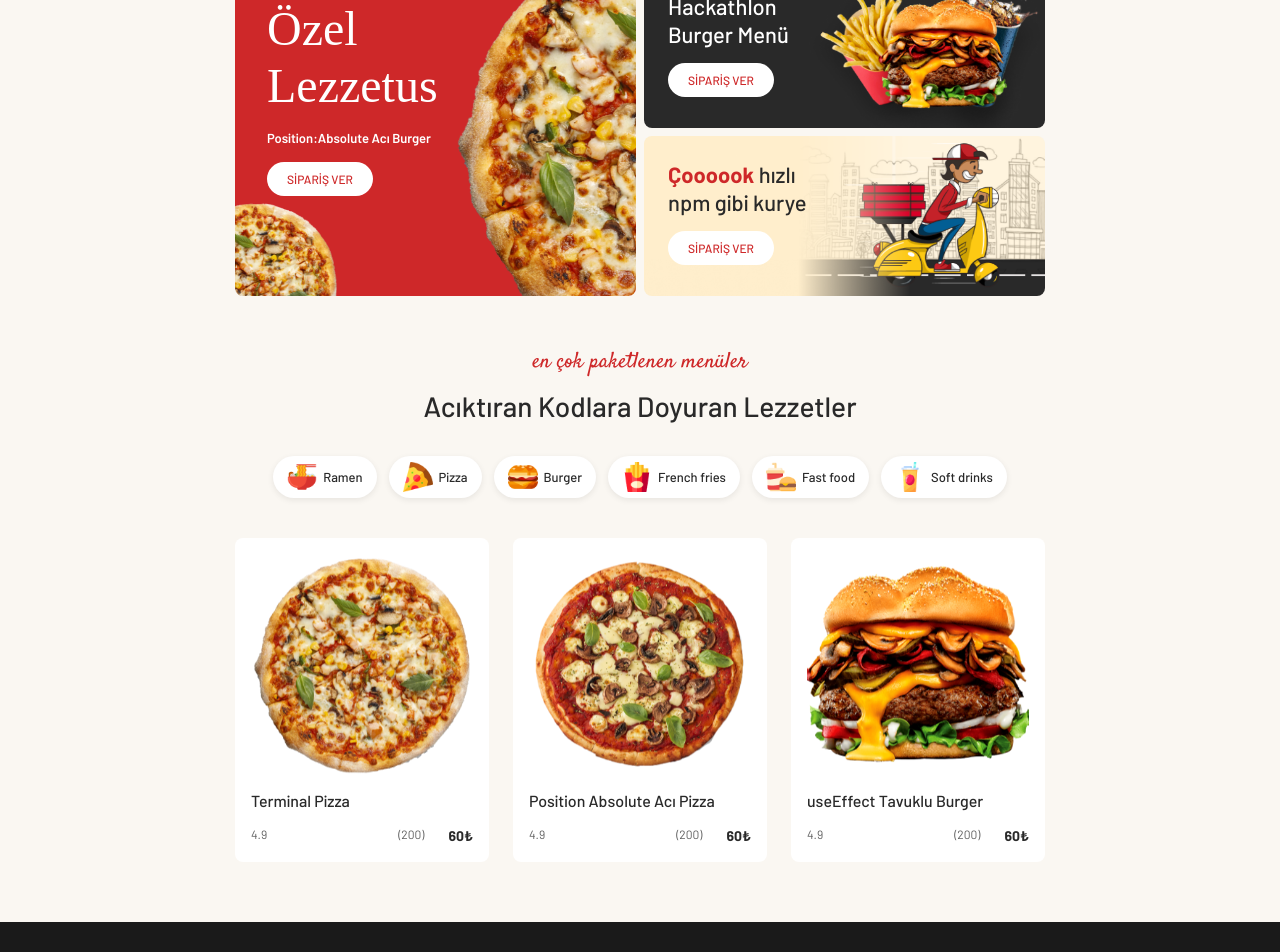
Repository: GozdeAybey/Pizza-HTML-CSS
Page: index.html
These files come from the project's save history. The page is drawn as it stood at one moment and after the next save; the edit follows.
The browser window is 1280 px wide. The pictures show the part of the page from y = 873 to 1825 px (the page is 2185 px tall).
A picture or video elsewhere on the page could not be fetched, so the positions and the page height are approximate. Some web fonts or font styles are not loaded; a fallback is used.

Above is the page before, as saved 2026-10-29 17:16:19.

### index.html
<!DOCTYPE html>
<html lang="tr">

  <head>
    <meta charset="UTF-8" />
    <link rel="icon" type="image/svg+xml" href="./workintech.svg" />
    <link rel="stylesheet" href="./style.css">
    <meta name="viewport" content="width=device-width, initial-scale=1.0" />
    <link rel="preconnect" href="https://fonts.googleapis.com">
    <link rel="preconnect" href="https://fonts.gstatic.com" crossorigin>
    <link href="https://fonts.googleapis.com/css2?family=Barlow:wght@400;500;600;700&family=Quattrocento:wght@400;700&family=Roboto+Condensed:wght@300;400;700&family=Satisfy&display=swap" rel="stylesheet">
    <title>Teknolojik Yemekler</title>
  </head>

  <body>
    <header class="kapak">
      <img src="/assets/iteration-1/logo.svg" alt="Teknolojik Yemekler">
      <p>fırsatı kaçırma</p>
      <h1>KOD ACIKTIRIR PİZZA, DOYURUR</h1>
      <a class="buton" href="#menu">ACIKTIM</a>
    </header>

    <nav class="kategoriler" aria-label="Kategoriler">
      <ul>
        <li><a href="#"><img src="/assets/iteration-2/icons/1.svg" alt="">YENİ! Kore</a></li>
        <li><a href="#"><img src="/assets/iteration-2/icons/2.svg" alt="">Pizza</a></li>
        <li><a href="#"><img src="/assets/iteration-2/icons/3.svg" alt="">Burger</a></li>
        <li><a href="#"><img src="/assets/iteration-2/icons/4.svg" alt="">Kızartmalar</a></li>
        <li><a href="#"><img src="/assets/iteration-2/icons/5.svg" alt="">Fast food</a></li>
        <li><a href="#"><img src="/assets/iteration-2/icons/6.svg" alt="">Gazlı İçecek</a></li>
      </ul>
    </nav>

    <main>
      <section class="kampanyalar">
        <article class="kampanya pizza">
          <h2>Özel Lezzetus</h2>
          <p>Position:Absolute Acı Burger</p>
          <a class="buton" href="#menu">SİPARİŞ VER</a>
        </article>

        <article class="kampanya burger">
          <h2>Hackathlon Burger Menü</h2>
          <a class="buton" href="#menu">SİPARİŞ VER</a>
        </article>

        <article class="kampanya kurye">
          <h2><span>Çoooook</span> hızlı npm gibi kurye</h2>
          <a class="buton" href="#menu">SİPARİŞ VER</a>
        </article>
      </section>

      <section class="menu" id="menu">
        <p>en çok paketlenen menüler</p>
        <h2>Acıktıran Kodlara Doyuran Lezzetler</h2>

        <ul class="filtreler">
          <li><button type="button"><img src="/assets/iteration-2/icons/1.svg" alt="">Ramen</button></li>
          <li><button type="button" class="secili"><img src="/assets/iteration-2/icons/2.svg" alt="">Pizza</button></li>
          <li><button type="button"><img src="/assets/iteration-2/icons/3.svg" alt="">Burger</button></li>
          <li><button type="button"><img src="/assets/iteration-2/icons/4.svg" alt="">French fries</button></li>
          <li><button type="button"><img src="/assets/iteration-2/icons/5.svg" alt="">Fast food</button></li>
          <li><button type="button"><img src="/assets/iteration-2/icons/6.svg" alt="">Soft drinks</button></li>
        </ul>

        <ul class="urunler">
          <li class="urun">
            <img src="/assets/iteration-2/pictures/food-1.png" alt="Terminal Pizza">
            <h3>Terminal Pizza</h3>
            <div class="bilgi">
              <span>4.9</span>
              <span>(200)</span>
              <span class="fiyat">60₺</span>
            </div>
          </li>
          <li class="urun">
            <img src="/assets/iteration-2/pictures/food-2.png" alt="Position Absolute Acı Pizza">
            <h3>Position Absolute Acı Pizza</h3>
            <div class="bilgi">
              <span>4.9</span>
              <span>(200)</span>
              <span class="fiyat">60₺</span>
            </div>
          </li>
          <li class="urun">
            <img src="/assets/iteration-2/pictures/food-3.png" alt="useEffect Tavuklu Burger">
            <h3>useEffect Tavuklu Burger</h3>
            <div class="bilgi">
              <span>4.9</span>
              <span>(200)</span>
              <span class="fiyat">60₺</span>
            </div>
          </li>
        </ul>
      </section>
    </main>

    <footer class="altbilgi">
      <div class="altbilgi-ust">
        <section class="iletisim">
          <img src="/assets/iteration-2/footer/logo-footer.svg" alt="Teknolojik Yemekler">
          <address>
            <p><img src="/assets/iteration-2/footer/icons/icon-1.png" alt="">341 Londonderry Road, İstanbul Türkiye</p>
            <p><img src="/assets/iteration-2/footer/icons/icon-2.png" alt="">aciktim@teknolojikyemekler.com</p>
            <p><img src="/assets/iteration-2/footer/icons/icon-3.png" alt="">+90 216 123 45 67</p>
          </address>
        </section>

        <nav class="sicak-menu" aria-label="Hot Menu">
          <h3>Hot Menu</h3>
          <ul>
            <li><a href="#">Terminal Pizza</a></li>
            <li><a href="#">5 Kişilik Hackathlon Pizza</a></li>
            <li><a href="#">useEffect Tavuklu Pizza</a></li>
            <li><a href="#">Beyaz Console Frosty</a></li>
            <li><a href="#">Testler Geçti Mutlu Burger</a></li>
            <li><a href="#">Position Absolute Acı Burger</a></li>
          </ul>
        </nav>

        <section class="instagram">
          <h3>Instagram</h3>
          <ul>
            <li><img src="/assets/iteration-2/footer/insta/li-0.png" alt="Instagram gönderisi 1"></li>
            <li><img src="/assets/iteration-2/footer/insta/li-1.png" alt="Instagram gönderisi 2"></li>
            <li><img src="/assets/iteration-2/footer/insta/li-2.png" alt="Instagram gönderisi 3"></li>
            <li><img src="/assets/iteration-2/footer/insta/li-3.png" alt="Instagram gönderisi 4"></li>
            <li><img src="/assets/iteration-2/footer/insta/li-4.png" alt="Instagram gönderisi 5"></li>
            <li><img src="/assets/iteration-2/footer/insta/li-5.png" alt="Instagram gönderisi 6"></li>
          </ul>
        </section>
      </div>

      <div class="altbilgi-alt">
        <p>© 2023 Teknolojik Yemekler.</p>
        <a href="#" aria-label="Twitter">
          <svg viewBox="0 0 24 24" fill="currentColor" aria-hidden="true">
            <path d="M23.953 4.57a10 10 0 01-2.825.775 4.958 4.958 0 002.163-2.723c-.951.555-2.005.959-3.127 1.184a4.92 4.92 0 00-8.384 4.482C7.69 8.095 4.067 6.13 1.64 3.162a4.822 4.822 0 00-.666 2.475c0 1.71.87 3.213 2.188 4.096a4.904 4.904 0 01-2.228-.616v.06a4.923 4.923 0 003.946 4.827 4.996 4.996 0 01-2.212.085 4.936 4.936 0 004.604 3.417 9.867 9.867 0 01-6.102 2.105c-.39 0-.779-.023-1.17-.067a13.995 13.995 0 007.557 2.209c9.053 0 13.998-7.496 13.998-13.985 0-.21 0-.42-.015-.63A9.935 9.935 0 0024 4.59z"/>
          </svg>
        </a>
      </div>
    </footer>
  </body>

</html>

### style.css
/* =========================================================
   DEĞİŞKENLER
   ========================================================= */
   :root {
    --yellow: #FDC913;
    --gray-light: #5F5F5F;
    --gray-dark: #292929;
    --red: #CE2829;
    --beige: #FAF7F2;
    --footer-black: #1A1A1A;

    --font-heading: "Roboto Condensed", sans-serif;
    --font-body: "Barlow", sans-serif;
    --font-serif: "Quattrocento", serif;
    --font-accent: "Satisfy", cursive;
  }

  /* =========================================================
     TEMEL STİLLER (reset)
     ========================================================= */
  *,
  *::before,
  *::after {
    box-sizing: border-box;
    margin: 0;
    padding: 0;
  }

  img {
    max-width: 100%;
    display: block;
  }

  ul {
    list-style: none;
  }

  a {
    color: inherit;
    text-decoration: none;
  }

  body {
    font-family: var(--font-body);
    color: var(--gray-dark);
    background-color: #fff;
    line-height: 1.5;
  }

  /* =========================================================
     ORTAK BUTON
     ========================================================= */
  .buton {
    display: inline-block;
    padding: 0.75rem 2.25rem;
    border-radius: 50px;
    background-color: var(--yellow);
    color: var(--gray-dark);
    font-size: 1rem;
    font-weight: 500;
  }

  /* =========================================================
     KAPAK (hero)
     ========================================================= */
  .kapak {
    min-height: 100vh;
    padding: 3.125rem 1.25rem 0;
    display: flex;
    flex-direction: column;
    align-items: center;
    text-align: center;
    color: #fff;
    background-color: var(--red);
    background-image: url("/assets/iteration-1/home-banner.png");
    background-size: cover;
    background-position: center bottom;
  }

  .kapak img {
    width: 15.625rem;
  }

  .kapak p {
    display: none;
    font-family: var(--font-accent);
    font-size: 1.5rem;
    color: var(--yellow);
  }

  .kapak h1 {
    max-width: 17.5rem;
    margin-top: 3.75rem;
    font-family: var(--font-heading);
    font-weight: 300;
    font-size: 3.5rem;
    line-height: 1.15;
  }

  .kapak .buton {
    margin-top: 2.5rem;
  }

  /* =========================================================
     KATEGORİ ŞERİDİ
     ========================================================= */
  .kategoriler {
    padding: 1.75rem 1.25rem;
    background-color: #fff;
  }

  .kategoriler ul {
    display: grid;
    grid-template-columns: 1fr 1fr;
    gap: 1.25rem 0.625rem;
    max-width: 20rem;
    margin: 0 auto;
  }

  .kategoriler a {
    display: flex;
    align-items: center;
    gap: 0.625rem;
    font-size: 0.875rem;
    font-weight: 500;
    white-space: nowrap;
  }

  .kategoriler img {
    width: 2rem;
  }

  /* =========================================================
     ANA ALAN
     ========================================================= */
  main {
    padding: 2.25rem 2.5rem 3.75rem;
    background-color: var(--beige);
  }

  /* ---------- Kampanya kartları ---------- */
  .kampanyalar {
    display: grid;
    grid-template-columns: 1fr;
    gap: 0.75rem;
    max-width: 50.625rem;
    margin: 0 auto;
  }

  .kampanya {
    display: flex;
    flex-direction: column;
    align-items: flex-start;
    gap: 0.875rem;
    padding: 1.5rem;
    border-radius: 8px;
    color: #fff;
    background-size: cover;
    background-position: right center;
  }

  .kampanya h2 {
    max-width: 10.625rem;
    font-size: 1.375rem;
    font-weight: 500;
    line-height: 1.3;
  }

  .kampanya p {
    font-size: 0.8125rem;
    font-weight: 600;
  }

  .kampanya .buton {
    padding: 0.5rem 1.25rem;
    background-color: #fff;
    color: var(--red);
    font-size: 0.75rem;
  }

  .pizza {
    min-height: 14.5rem;
    background-color: var(--red);
    background-image: url("/assets/iteration-2/cta/kart-1.png");
  }

  .pizza h2 {
    max-width: 13.75rem;
    font-family: var(--font-serif);
    font-size: 2.75rem;
    font-weight: 400;
    line-height: 1.2;
  }

  .burger {
    min-height: 11.75rem;
    background-color: var(--gray-dark);
    background-image: url("/assets/iteration-2/cta/kart-2.png");
  }

  .kurye {
    min-height: 11.25rem;
    color: var(--gray-dark);
    background-image: url("/assets/iteration-2/cta/kart-3.png");
  }

  .kurye span {
    color: var(--red);
    font-weight: 700;
  }

  /* ---------- Menü bölümü ---------- */
  .menu {
    max-width: 50.625rem;
    margin: 3.125rem auto 0;
    text-align: center;
  }

  .menu p {
    font-family: var(--font-accent);
    font-size: 1.375rem;
    color: var(--red);
  }

  .menu h2 {
    max-width: 15.625rem;
    margin: 0.5rem auto 0;
    font-size: 1.75rem;
    font-weight: 500;
    line-height: 1.4;
  }

  .filtreler {
    display: grid;
    grid-template-columns: 1fr 1fr;
    gap: 1rem 0.625rem;
    max-width: 16.25rem;
    margin: 1.875rem auto 2.25rem;
  }

  .filtreler li:nth-child(even) {
    justify-self: end;
  }

  .filtreler button {
    display: flex;
    align-items: center;
    gap: 0.375rem;
    padding: 0.375rem 0.875rem;
    border: none;
    border-radius: 50px;
    background-color: #fff;
    box-shadow: 0 2px 6px rgba(0, 0, 0, 0.08);
    font-family: inherit;
    font-size: 0.8125rem;
    font-weight: 500;
    color: var(--gray-dark);
    cursor: pointer;
  }

  .filtreler img {
    width: 1.875rem;
  }

  .filtreler .secili :hover {
    background-color: var(--gray-dark);
    color: #fff;
  }

  /* ---------- Ürün kartları ---------- */
  .urunler {
    display: grid;
    grid-template-columns: 1fr;
    gap: 1rem;
  }

  .urun {
    padding: 1rem;
    border-radius: 8px;
    background-color: #fff;
    text-align: left;
  }

  .urun h3 {
    margin-top: 0.75rem;
    font-size: 1rem;
    font-weight: 500;
  }

  .bilgi {
    display: flex;
    gap: 1.5rem;
    margin-top: 0.75rem;
    font-size: 0.75rem;
    color: var(--gray-light);
  }

  .bilgi span:first-child {
    margin-right: auto;
  }

  .bilgi .fiyat {
    font-size: 0.875rem;
    font-weight: 700;
    color: var(--gray-dark);
  }

  /* =========================================================
     ALTBİLGİ (footer)
     ========================================================= */
  .altbilgi {
    padding: 2.5rem 1.5rem 0;
    background-color: var(--footer-black);
    color: #fff;
  }

  .altbilgi-ust {
    display: flex;
    flex-direction: column;
    gap: 2rem;
    max-width: 50.625rem;
    margin: 0 auto;
    padding-bottom: 2rem;
  }

  .altbilgi h3 {
    margin-bottom: 1.25rem;
    font-size: 1rem;
    font-weight: 500;
  }

  .iletisim {
    display: flex;
    flex-direction: column;
    gap: 1.5rem;
  }

  .iletisim > img {
    width: 8.125rem;
  }

  .iletisim address {
    display: flex;
    flex-direction: column;
    gap: 1rem;
    font-style: normal;
  }

  .iletisim p {
    display: flex;
    align-items: center;
    gap: 0.625rem;
    font-size: 0.8125rem;
  }

  .iletisim p img {
    flex-shrink: 0;
  }

  .sicak-menu ul {
    display: flex;
    flex-direction: column;
    gap: 0.75rem;
    font-size: 0.8125rem;
  }

  .instagram ul {
    display: grid;
    grid-template-columns: repeat(3, 1fr);
    gap: 0.5rem;
    max-width: 15rem;
  }

  .altbilgi-alt {
    display: flex;
    justify-content: space-between;
    align-items: center;
    max-width: 50.625rem;
    margin: 0 auto;
    padding: 1.25rem 0;
    border-top: 1px solid rgba(255, 255, 255, 0.2);
    font-size: 0.75rem;
  }

  .altbilgi-alt svg {
    display: block;
    width: 1.125rem;
    height: 1.125rem;
  }

  /* =========================================================
     GENİŞ EKRAN (tablet ve üstü)
     ========================================================= */
  @media (min-width: 768px) {
    .kapak {
      min-height: max(56vw, 37rem);
      padding-top: 2.5rem;
    }

    .kapak p {
      display: block;
      margin-top: 1.5rem;
    }

    .kapak h1 {
      max-width: 32.5rem;
      margin-top: 0.25rem;
      font-size: clamp(2.75rem, 6vw, 4rem);
    }

    .kategoriler ul {
      display: flex;
      flex-wrap: wrap;
      justify-content: center;
      gap: 1.25rem 2rem;
      max-width: none;
    }

    .kampanyalar {
      grid-template-columns: 1fr 1fr;
      gap: 0.5rem;
    }

    .pizza {
      grid-row: span 2;
      min-height: 0;
      padding: 2rem;
    }

    .pizza h2 {
      font-size: 3rem;
    }

    .burger,
    .kurye {
      min-height: 10rem;
    }

    .menu h2 {
      max-width: none;
    }

    .filtreler {
      display: flex;
      flex-wrap: wrap;
      justify-content: center;
      gap: 0.75rem;
      max-width: none;
      margin-bottom: 2.5rem;
    }

    .urunler {
      grid-template-columns: repeat(3, 1fr);
      gap: 1.5rem;
    }

    .altbilgi {
      padding: 3.75rem 2.5rem 0;
    }

    .altbilgi-ust {
      flex-direction: row;
      justify-content: space-between;
      gap: 2.5rem;
    }
  }

  /* =========================================================
     MASAÜSTÜ (1024px ve üstü)
     ========================================================= */
  @media (min-width: 1024px) {
    .kategoriler ul {
      gap: 3.125rem;
    }
  }

After the next save:
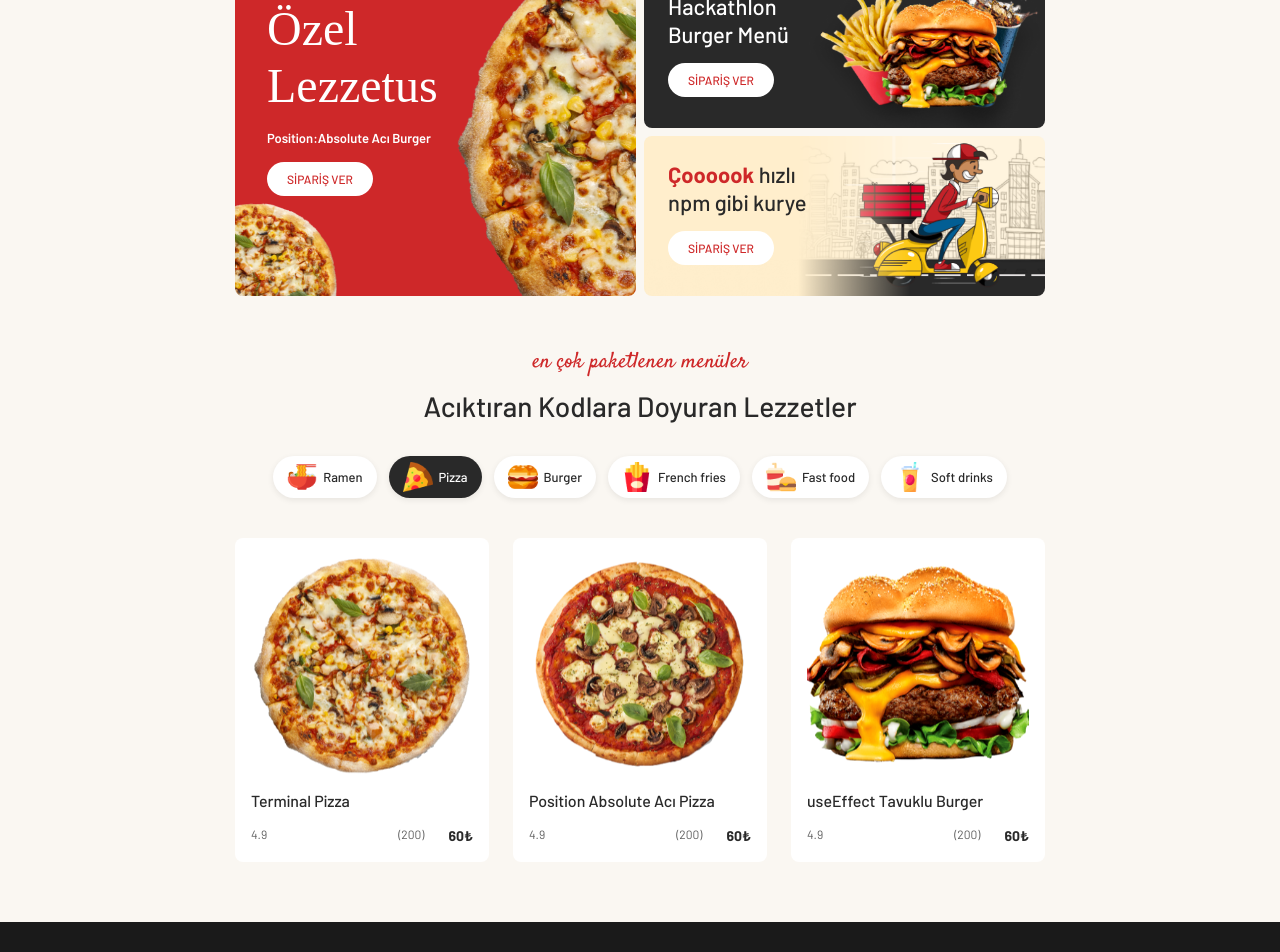
Saved 30 s later.
--- a/style.css
+++ b/style.css
@@ -262,7 +262,7 @@
     width: 1.875rem;
   }
 
-  .filtreler .secili :hover {
+  .filtreler .secili{
     background-color: var(--gray-dark);
     color: #fff;
   }
